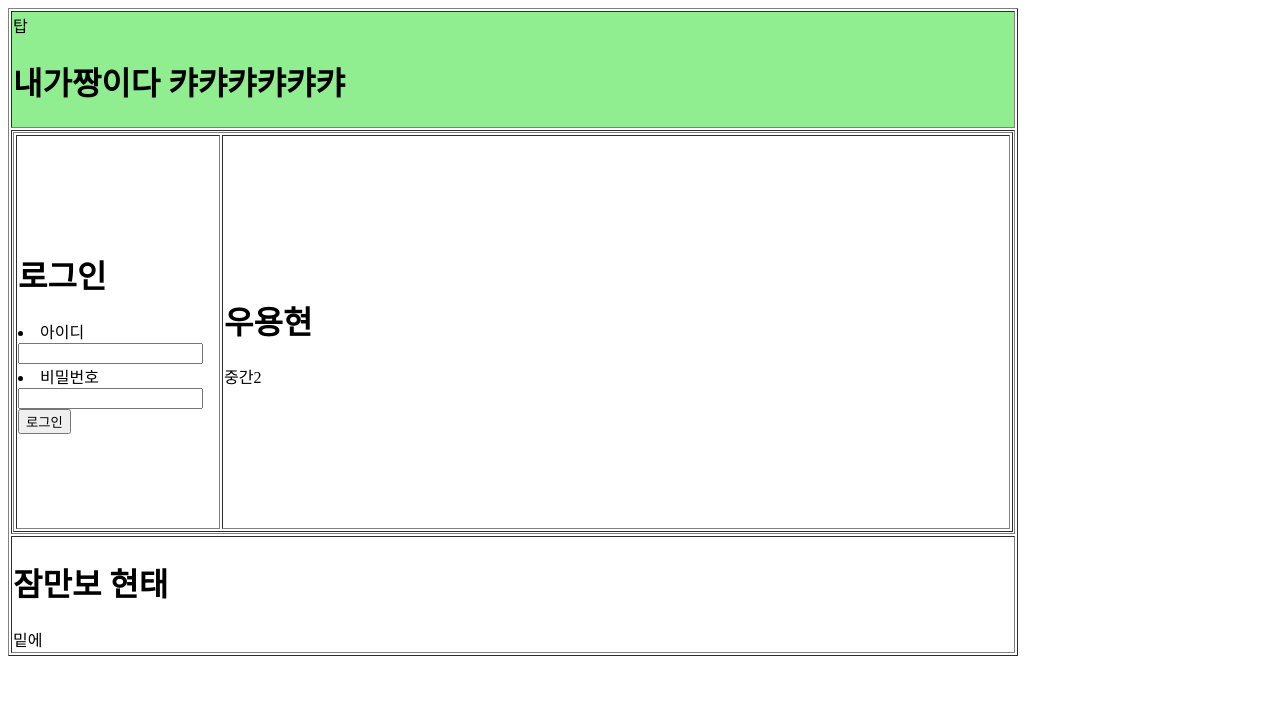
Repository: ikobean/ikoebean
Page: http://localhost/dev_jsp/ch07/index.jsp
The author's editor kept a copy of each file at every save. The page is drawn from the files as they stood at one save, then again after the next save.
The browser window is 1280 px wide. The pictures show the whole page.
The page is served by Tomcat 9.

Above is the page before, as saved 2019-07-17 02:12:22.

After the next save:
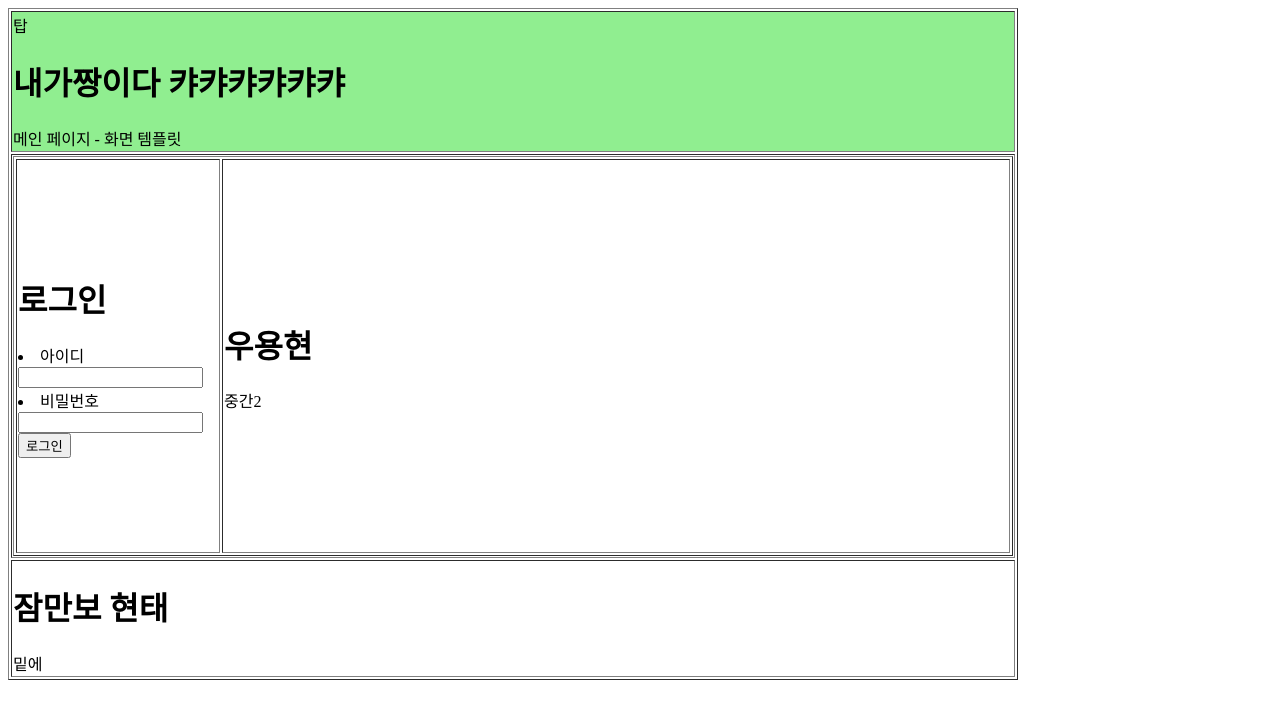
Saved 2 min 16 s later.
--- a/workspace_jsp/dev_jsp/WebContent/ch07/top.jsp
+++ b/workspace_jsp/dev_jsp/WebContent/ch07/top.jsp
@@ -8,5 +8,8 @@
 </head>
 <body>
 <h1>내가짱이다 캬캬캬캬캬캬</h1>
+<table>
+	<tr>메인 페이지 - 화면 템플릿</tr>
+</table>
 </body>
 </html>
